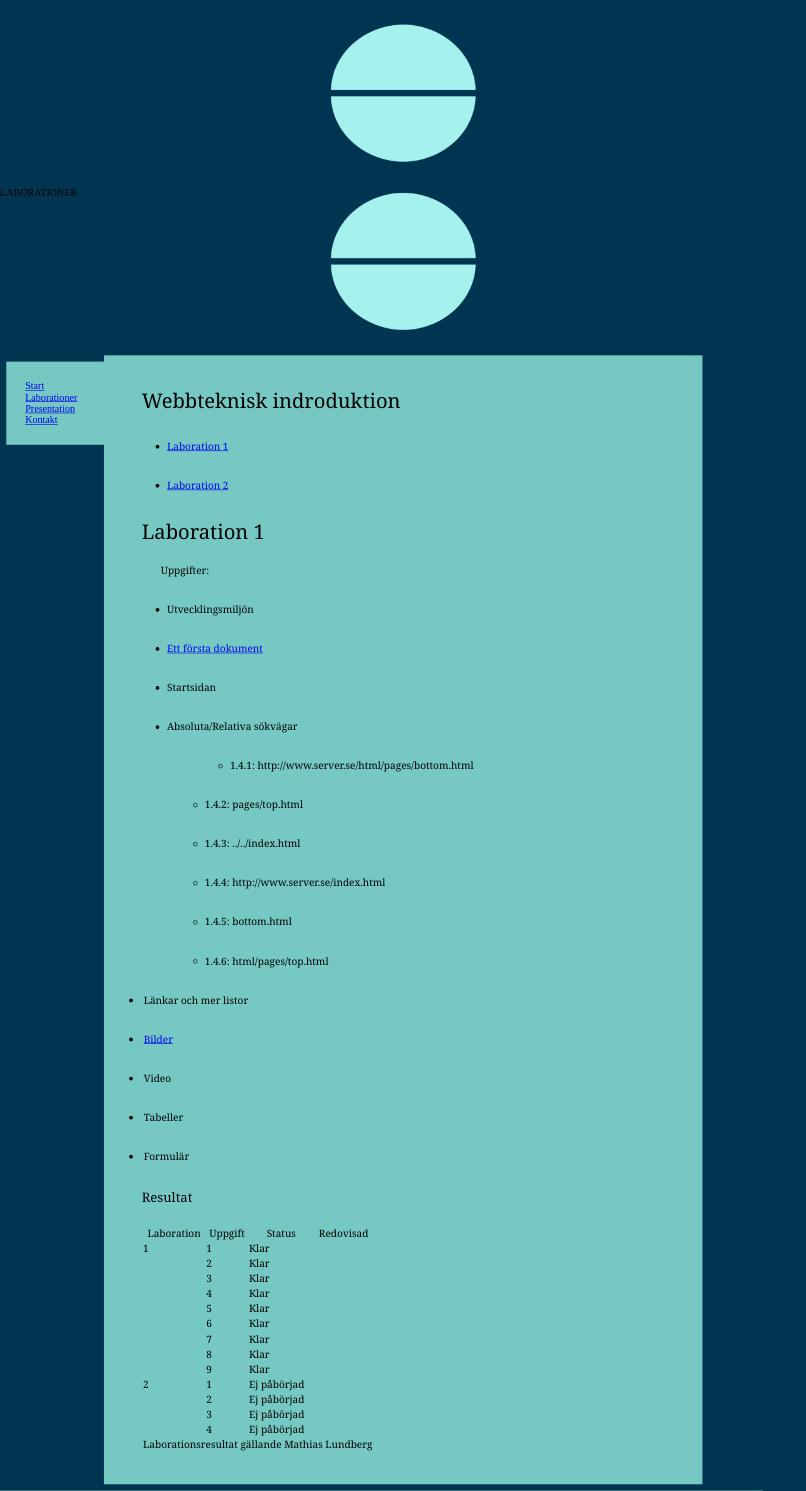
Repository: ml223nw/1ik415-laborationer
Page: pages/laborationer.html
The author's editor kept a record of every edit. The page is drawn from the files as they stood at one moment, then again after the next edit.
The browser window is 1280 px wide. The pictures show the whole page, at 63% of full size.

Above is the page before.

After the next edit:
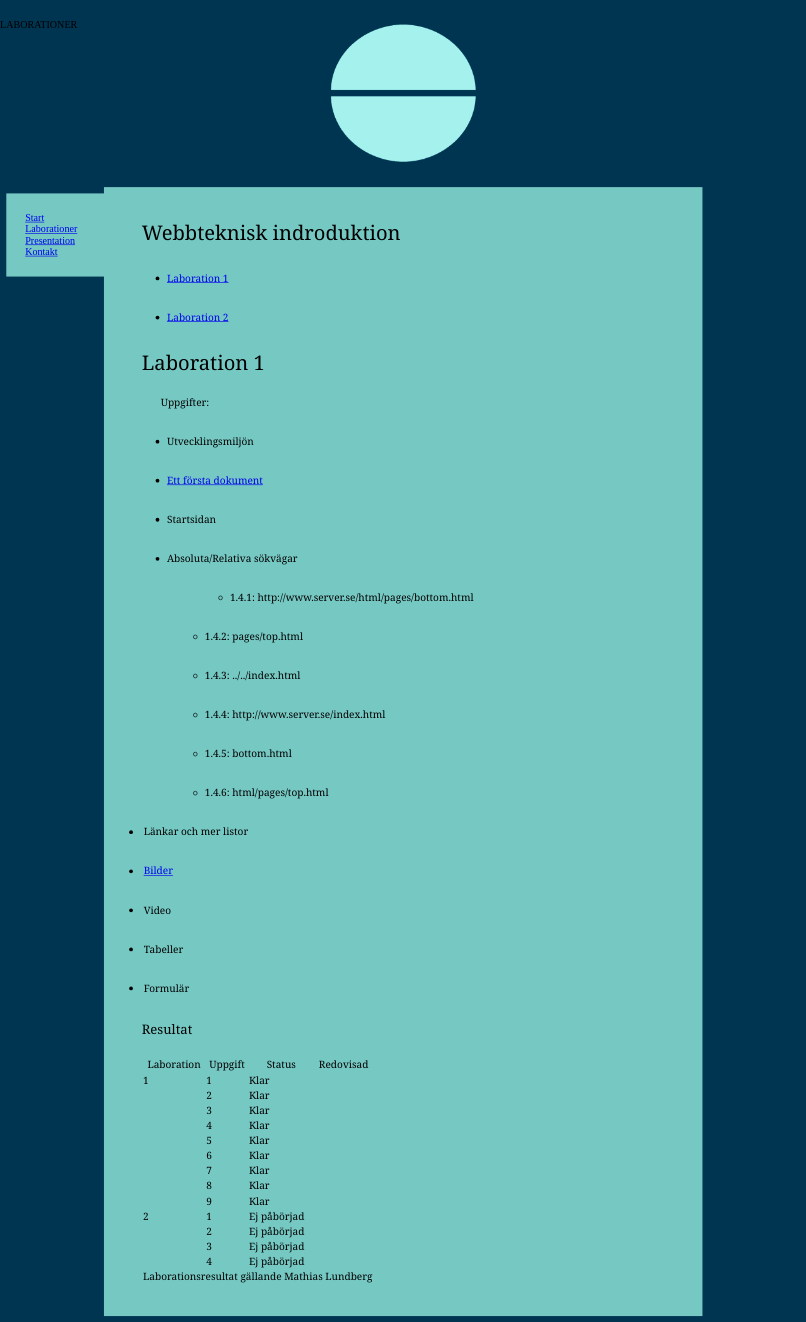
The edit:
--- a/pages/laborationer.html
+++ b/pages/laborationer.html
@@ -8,8 +8,6 @@
     <body>
     <div id='container'>
     <div id="header">
-    </div>
-    <div id='header'>
         <h1>LABORATIONER</h1>
         </div>
         <div id='navigation'>
